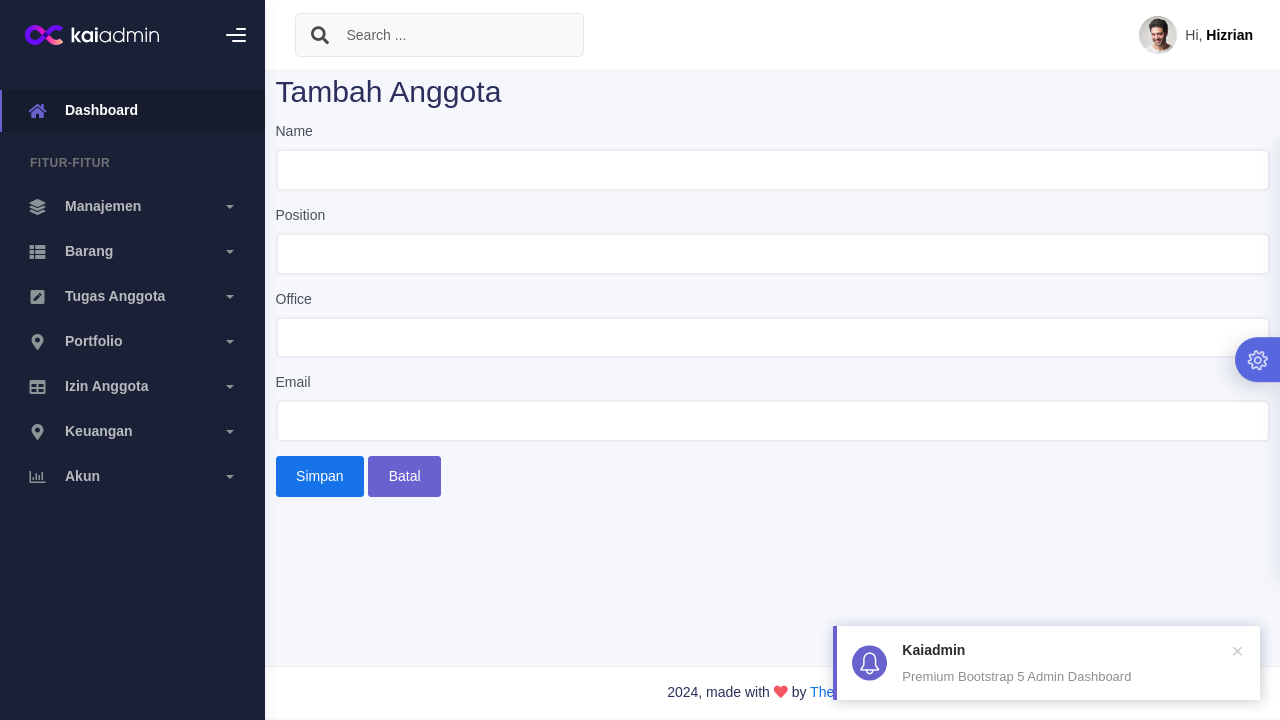
Repository: fatkquladhim/multimedia_laravel
Page: http://localhost/anggota/create
An editor plug-in stored every save of this project. The page is shown before and after the next save, followed by the edit.
The browser window is 1280 px wide. The pictures show the whole page.
Some web fonts or font styles are not loaded; a fallback is used. The page is served by the project's Laravel application, run on PHP 8.4 with Laravel 12. A made-up administrator, Test User (test@example.com), is signed in.

Above is the page before, as saved 2025-08-17 08:39:17.
Console error: ReferenceError: jsVectorMap is not defined

After the next save:
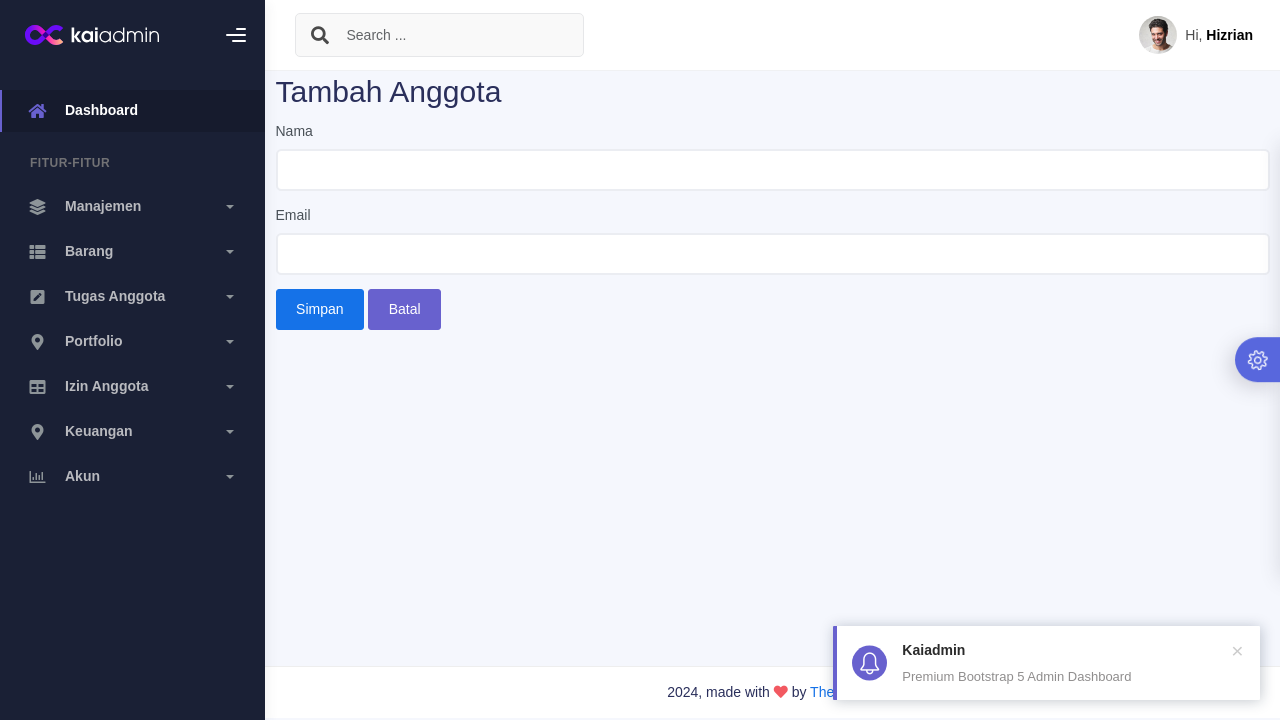
Saved 18 s later.
--- a/resources/views/anggota/create.blade.php
+++ b/resources/views/anggota/create.blade.php
@@ -5,16 +5,8 @@
     <form action="{{ route('anggota.store') }}" method="POST">
         @csrf
         <div class="mb-3">
-            <label for="nama" class="form-label">Name</label>
+            <label for="nama" class="form-label">Nama</label>
             <input type="text" name="nama" class="form-control" required>
-        </div>
-        <div class="mb-3">
-            <label for="position" class="form-label">Position</label>
-            <input type="text" name="position" class="form-control" required>
-        </div>
-        <div class="mb-3">
-            <label for="office" class="form-label">Office</label>
-            <input type="text" name="office" class="form-control" required>
         </div>
         <div class="mb-3">
             <label for="email" class="form-label">Email</label>
